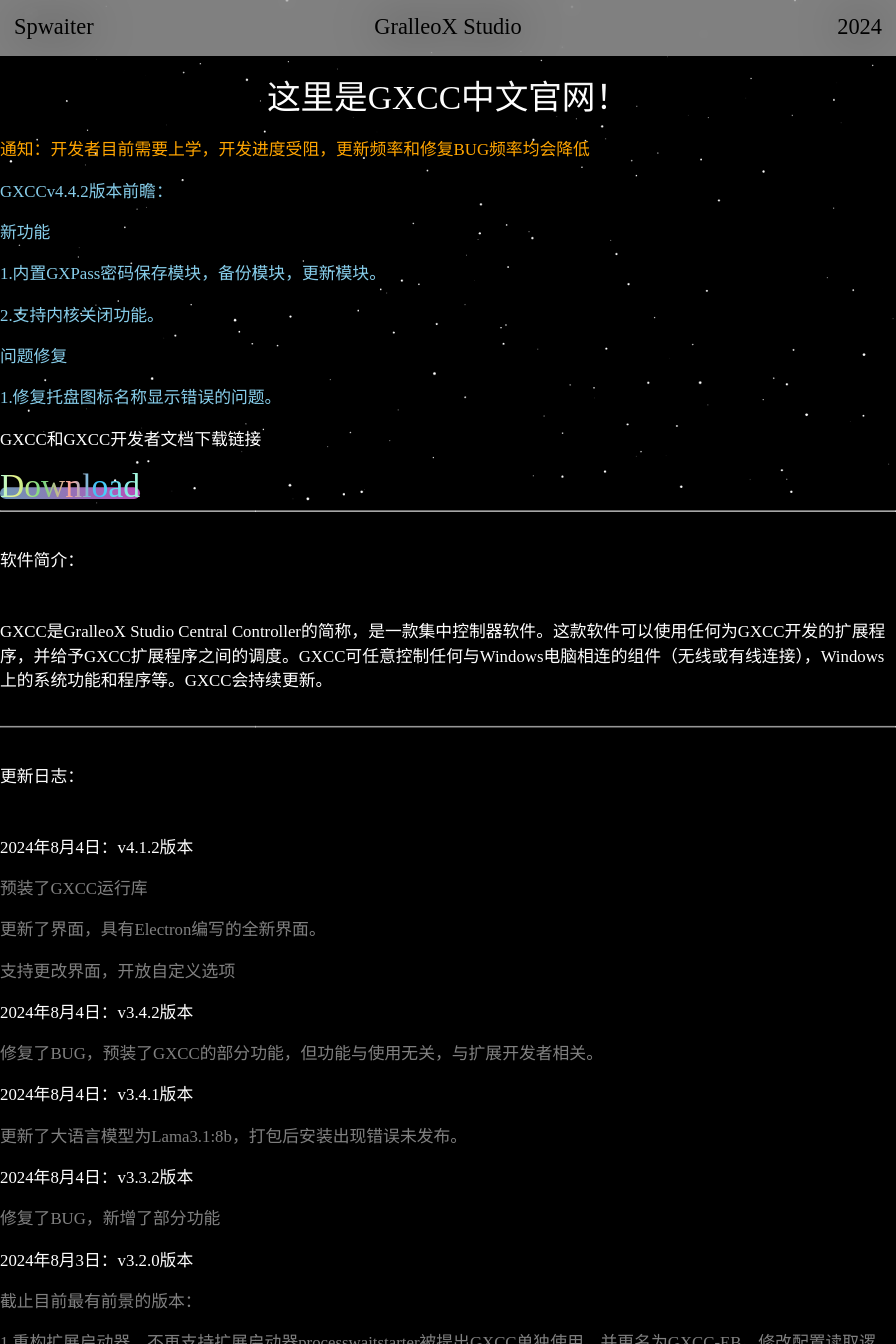
Repository: Lisu-Liso/GXCC
Page: index.html
An editor plug-in stored every save of this project. The page is shown before and after the next save, followed by the edit.
The browser window is 1280 px wide. The pictures show the part of the page from y = 0 to 1920 px (the page is 4302 px tall before and 4353 px after), at 70% of full size.

Above is the page before, as saved 2024-10-05 21:20:51.

After the next save:
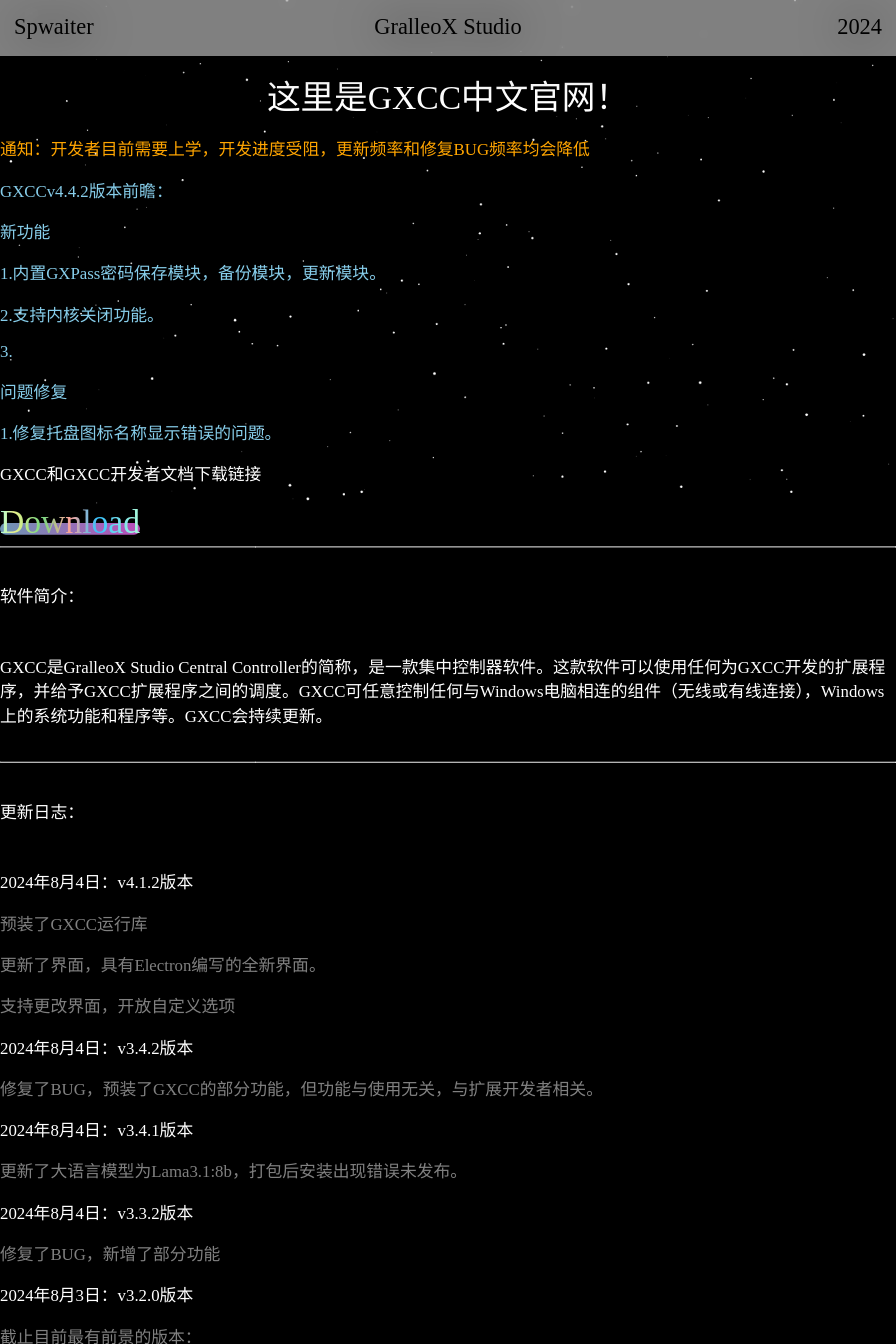
Saved 6 s later.
--- a/index.html
+++ b/index.html
@@ -279,6 +279,7 @@
         <p class="normaltext" style="color: skyblue;">新功能</p>
         <p class="normaltext" style="color: skyblue;">1.内置GXPass密码保存模块，备份模块，更新模块。</p>
         <p class="normaltext" style="color: skyblue;">2.支持内核关闭功能。</p>
+        <p class="normaltext" style="color: skyblue;">3.</p>
         <p class="normaltext" style="color: skyblue;">问题修复</p>
         <p class="normaltext" style="color: skyblue;">1.修复托盘图标名称显示错误的问题。</p>
         <p class="normaltext">GXCC和GXCC开发者文档下载链接</p>
